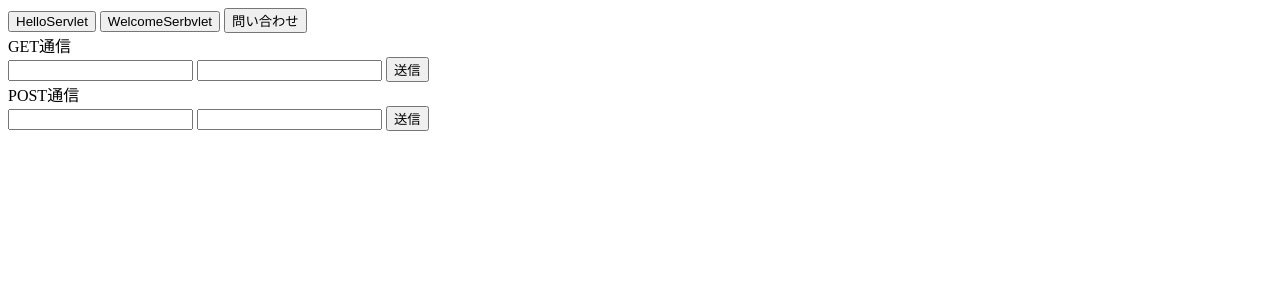
Repository: NoriakiYasumura/test01
Page: http://localhost/HelloServlet/
The author's editor kept a copy of each file at every save. The page is drawn from the files as they stood at one save, then again after the next save.
The browser window is 1280 px wide. The pictures show the whole page.
The page is served by Tomcat 9.

Above is the page before, as saved 2019-03-18 06:27:25.

After the next save:
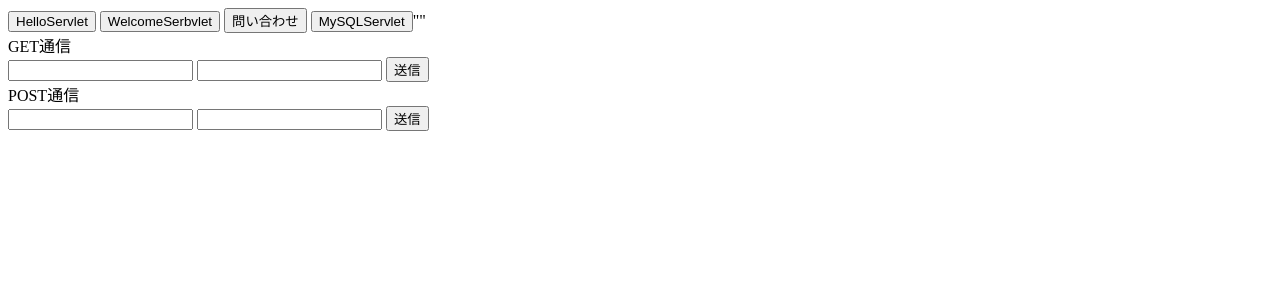
Saved 4 min 15 s later.
--- a/HelloServlet/WebContent/index.jsp
+++ b/HelloServlet/WebContent/index.jsp
@@ -10,6 +10,7 @@
 		<input type = "button" value = "HelloServlet" onClick = "location.href ='HelloServlet'">
 		<input type = "button" value = "WelcomeSerbvlet" onClick = "location.href ='welcome.jsp'">
 		<input type = "button" value = "問い合わせ" onClick = "location.href ='inquiry.jsp'">
+		<input type = "button" value = "MySQLServlet" onClick = "location.href = 'MySQLServlet'">""
 
 		<br>
 		GET通信
